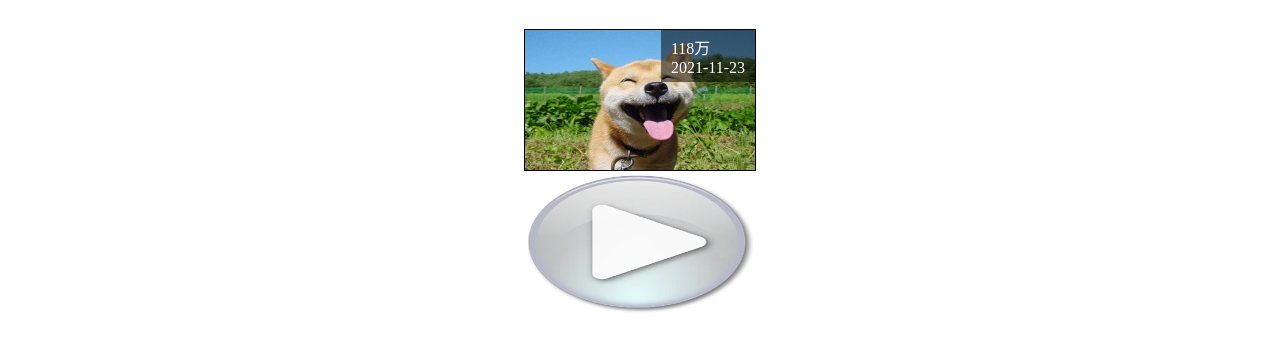
Repository: taoxiaofeng/hello-javascript
Page: master-class/position.html
An editor plug-in stored every save of this project. The page is shown before and after the next save, followed by the edit.
The browser window is 1280 px wide. The pictures show the whole page.

Above is the page before, as saved 2024-07-29 22:45:29.

After the next save:
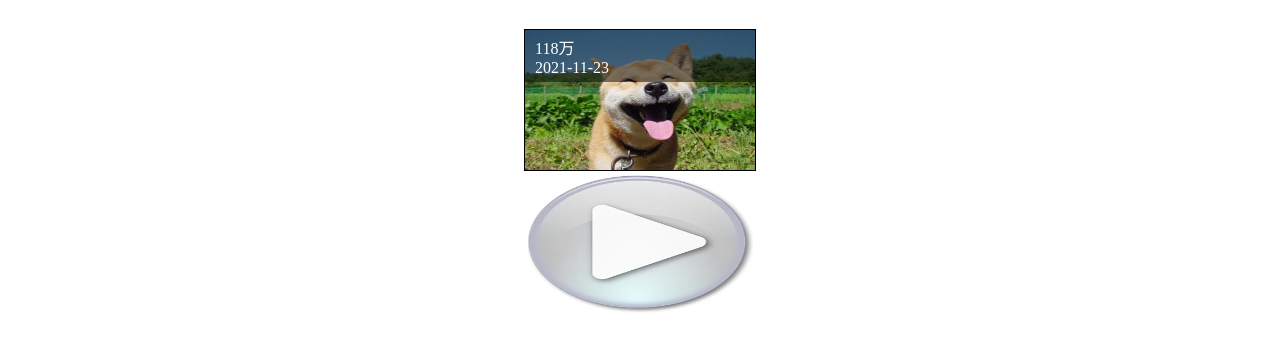
Saved 21 s later.
--- a/master-class/position.html
+++ b/master-class/position.html
@@ -73,6 +73,7 @@
     position: absolute;
     top: 0;
     right: 0;
+    left: 0;
     background: rgba(0, 0, 0, 0.5);
     color: #fff;
     padding: 5px 10px;
